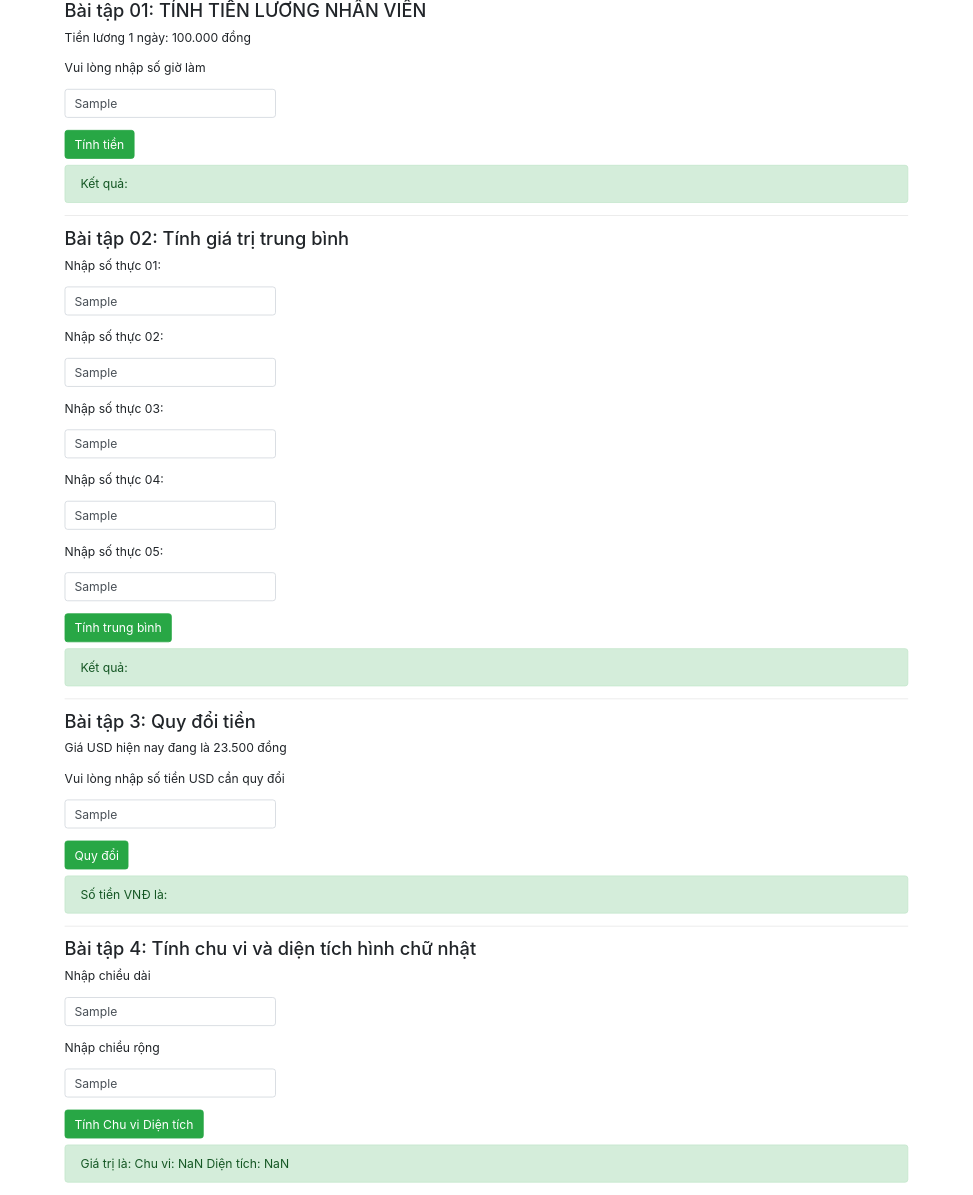
Repository: ducdatit2002/javascript-tinh-day13
Page: index.html
The author's editor kept a copy of each file at every save. The page is drawn from the files as they stood at one save, then again after the next save.
The browser window is 1280 px wide. The pictures show the whole page, at 76% of full size.
Empty fields were first filled with sample values (such as "Sample", 5 or name@example.com).
After loading, the first visible `#btnCVDT` was clicked once.

Above is the page before, as saved 2023-08-14 00:46:46.

After the next save:
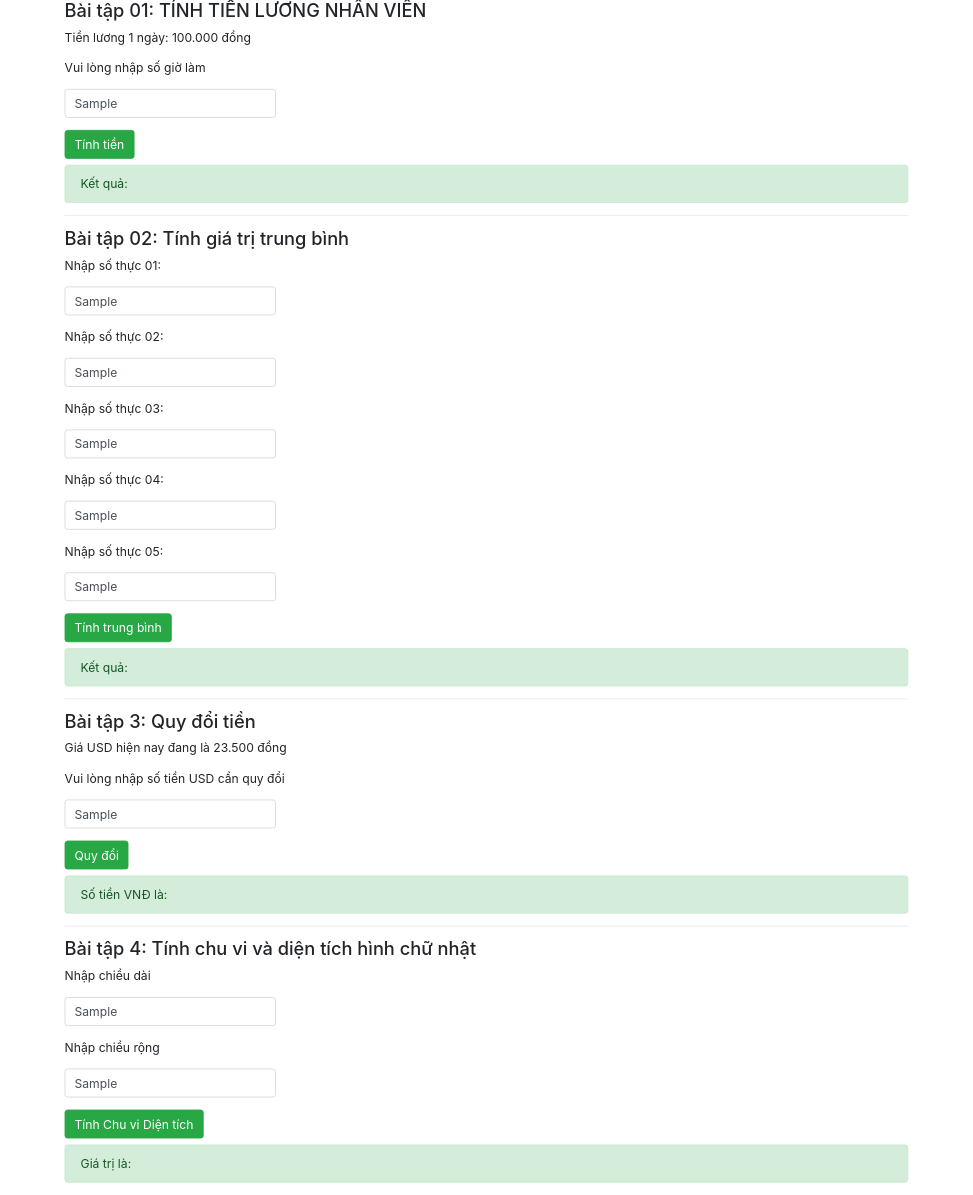
Console error: ReferenceError: nuaChiVi is not defined
Saved 4 s later.
--- a/index.js
+++ b/index.js
@@ -55,7 +55,7 @@
     let dienTich = 0;
 
     nuaChuVi = (chieuDai + chieuRong);
-    chuVi =
+    chuVi = nuaChiVi *2;
     dienTich = chieuDai * chieuRong;
 
     thongBao = "Chu vi: " + chuVi + " Diện tích: " + dienTich;

After the save that followed:
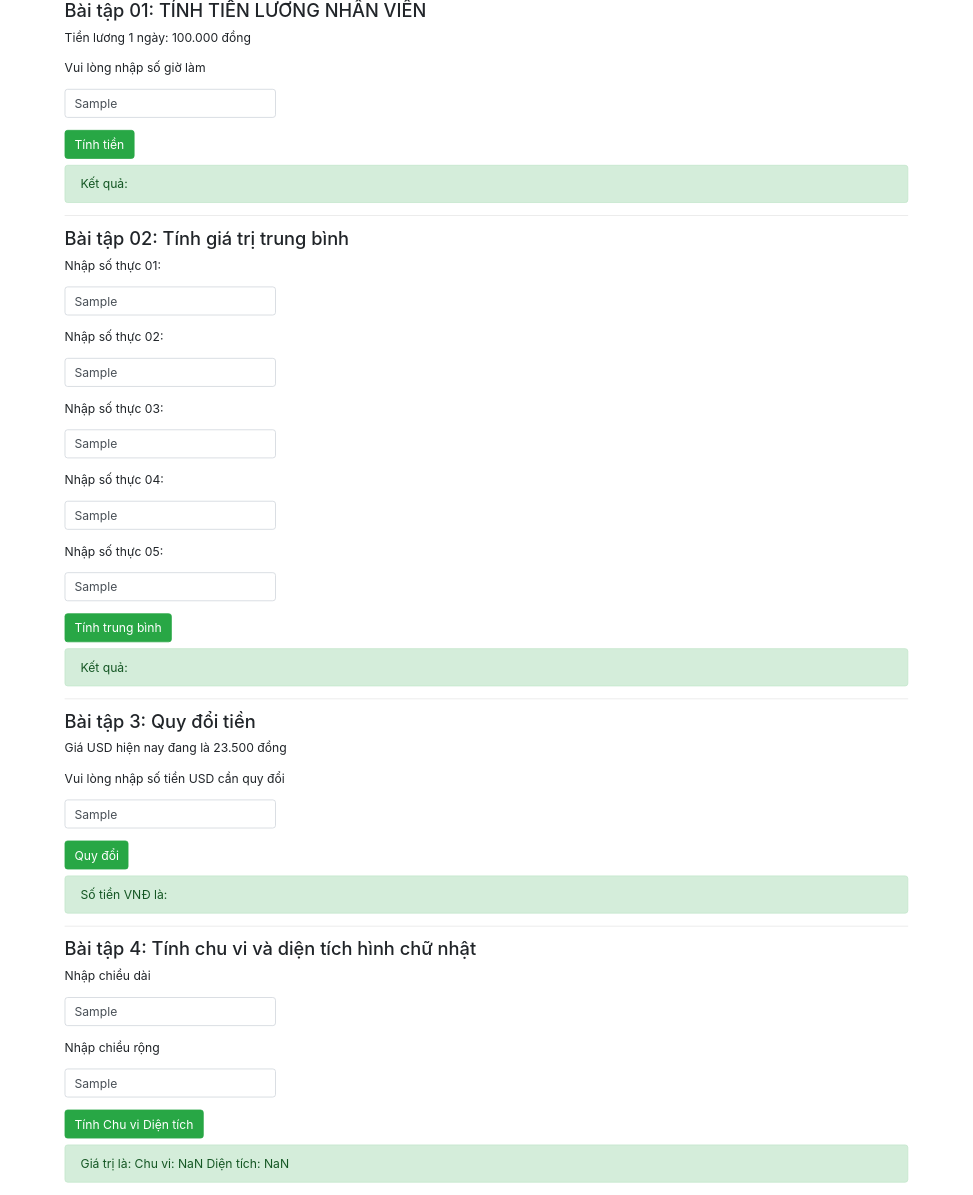
The error is gone.
Saved 14 s later.
--- a/index.js
+++ b/index.js
@@ -54,8 +54,7 @@
     let chuVi = 0;
     let dienTich = 0;
 
-    nuaChuVi = (chieuDai + chieuRong);
-    chuVi = nuaChiVi *2;
+    chuVi = (chieuDai + chieuRong) * 2;
     dienTich = chieuDai * chieuRong;
 
     thongBao = "Chu vi: " + chuVi + " Diện tích: " + dienTich;
